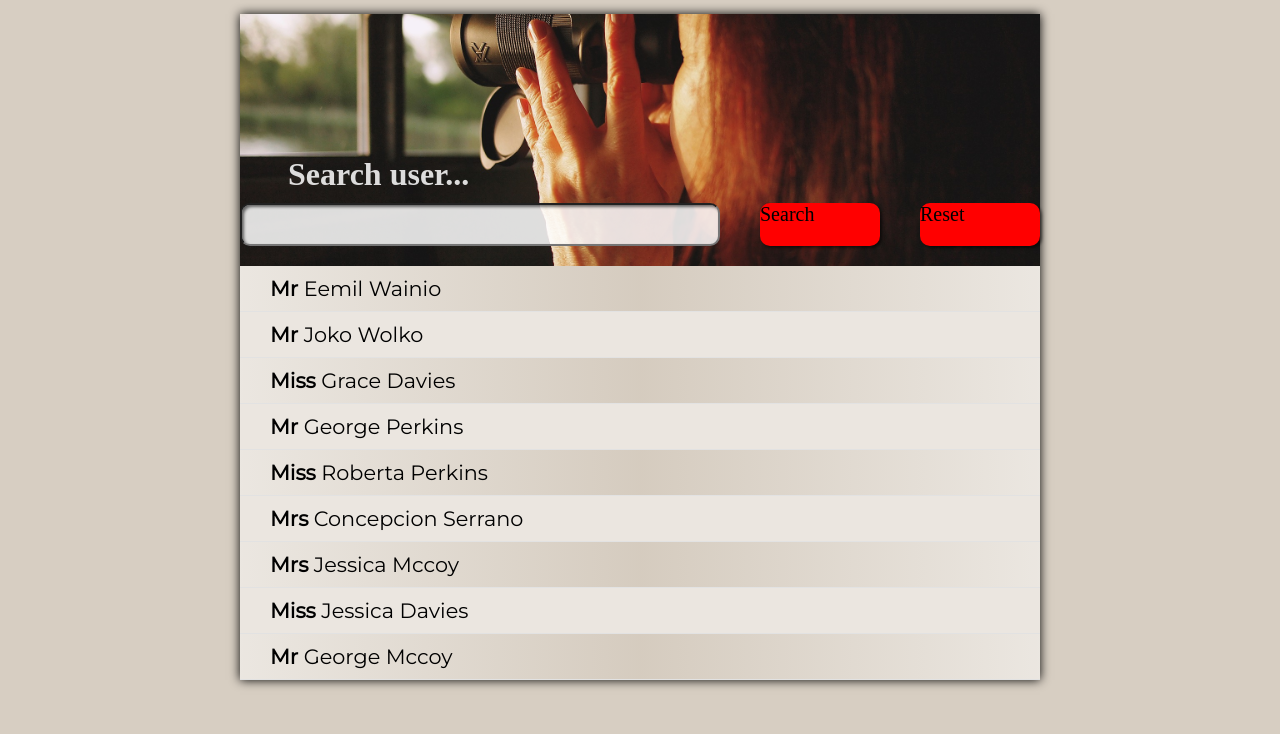
Repository: KrzysKolo/sr_tydzien5_zad4
Page: /
The author's editor kept a copy of each file at every save. The page is drawn from the files as they stood at one save, then again after the next save.
The browser window is 1280 px wide. The pictures show the whole page.
Some web fonts or font styles are not loaded; a fallback is used. The project was rebuilt for these pictures with package versions that can differ from the ones it lists, and the page was loaded fresh each time.

Above is the page before, as saved 2021-01-03 06:38:28.

After the next save:
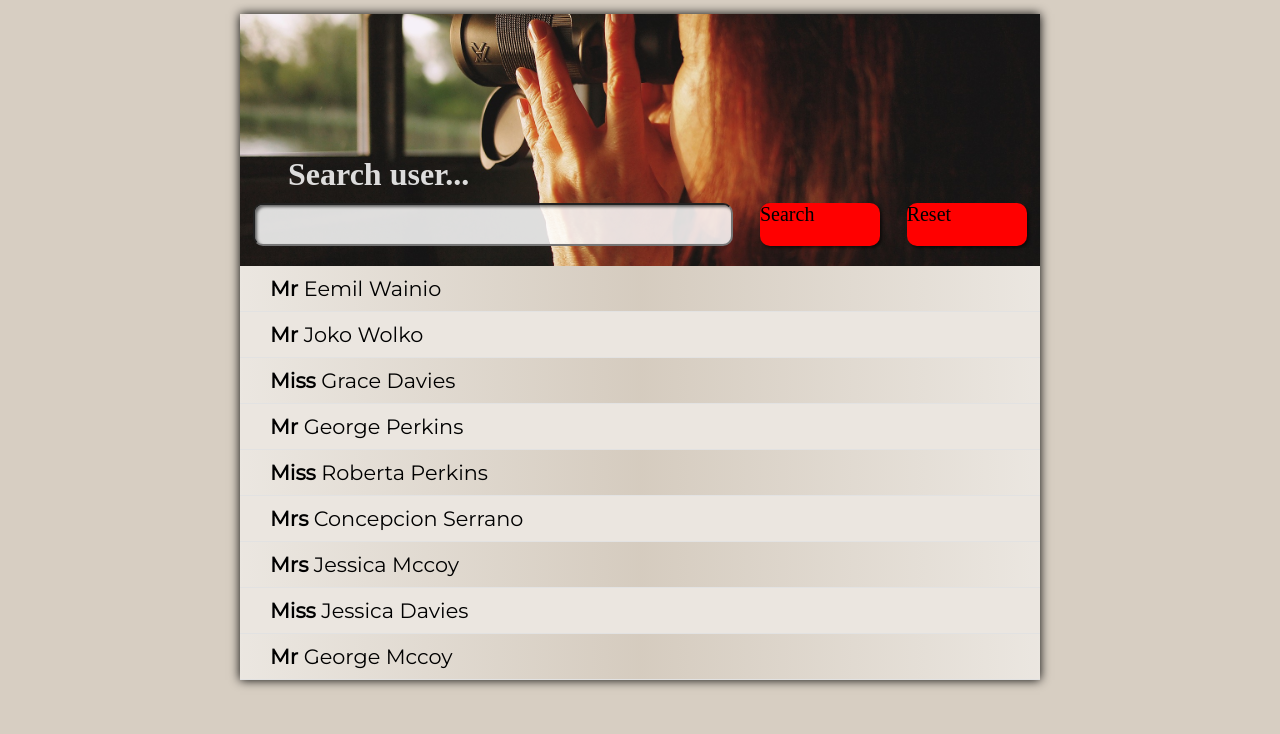
Saved 14 s later.
--- a/src/App.css
+++ b/src/App.css
@@ -35,8 +35,7 @@ section {
   width: 100%;
   margin-bottom: 20px;
   display: flex;
-  justify-content: space-between;
-  align-content: space-between;
+  justify-content: space-around;
 }
 .header__search {
   padding: 8px 10px;
